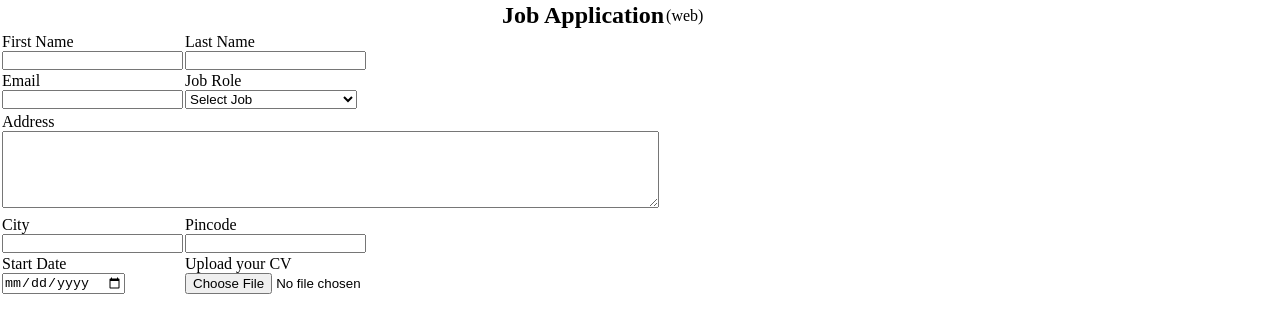
Repository: diensy/JOB-APPLICATION
Page: index.html
These files come from the project's save history. The page is drawn as it stood at one moment and after the next save; the edit follows.
The browser window is 1280 px wide. The pictures show the whole page.

Above is the page before, as saved 2024-02-27 01:02:38.

### index.html
<!DOCTYPE html>
<html lang="en">
  <head>
    <meta charset="UTF-8" />
    <meta name="viewport" content="width=device-width, initial-scale=1.0" />
    <title>Job Application Form</title>
    <link rel="stylesheet" href="Job_Application.css" />
  </head>
  <body>
    <form action="">
      <table>
        <tr>
          <td>
            <h2 class="head">Job Application</h2>
          </td>
          <td><p id="web">(web)</p></td>
        </tr>
      </table>
      <table>
        <tr>
          <td>
            <label for="firstname" id="first">First Name</label>
            <br />
            <input type="text" id="first" />
          </td>
          <td>
            <label for="Lastname" id="last">Last Name</label>
            <br />
            <input type="text" id="last" />
          </td>
        </tr>
        <tr>
          <td>
            <label for="Email" id="Email">Email</label>
            <br />
            <input type="text" id="Email" />
          </td>
          <td>
            <label for="JobRole" id="Job">Job Role</label>
            <br />
            <select name="JobRole" id="Job">
              <option value="Select Job">Select Job</option>
              <option value="JAVA">JAVA DEVELOPER</option>
              <option value="WEB">WEB DEVELOPER</option>
              <option value="BACKEND">BACKEND DEVELOPER</option>
              <option value="MERN DEVELOPER">MERN DEVELOPER</option>
            </select>
          </td>
        </tr>
      </table>
      <table>
        <tr>
          <td>
            <label for="Address" id="address">Address</label>
            <br />
            <textarea name="Address" id="address" cols="80" rows="5"></textarea>
          </td>
        </tr>
      </table>
      <table>
        <tr>
          <td>
            <label for="city" id="city">City</label>
            <br />
            <input type="text" />
          </td>
          <td>
            <label for="pin" id="pin">Pincode</label>
            <br />
            <input type="text" id="pin" />
          </td>
        </tr>
        <tr>
          <td>
            <label for="date" id="date">Start Date</label>
            <br />
            <input type="date" id="date" />
          </td>
          <td>
            <label for="file" id="file">Upload your CV</label>
            <br />
            <input type="file" />
          </td>
        </tr>
      </table>
    </form>
  </body>
</html>

### Job_Application.css
* {
  margin: 0;
  padding: 0;
  box-sizing: border-box;
}

.head {
  margin-left: 500px;
}

#web {
  font-style: bold;
}

After the next save:
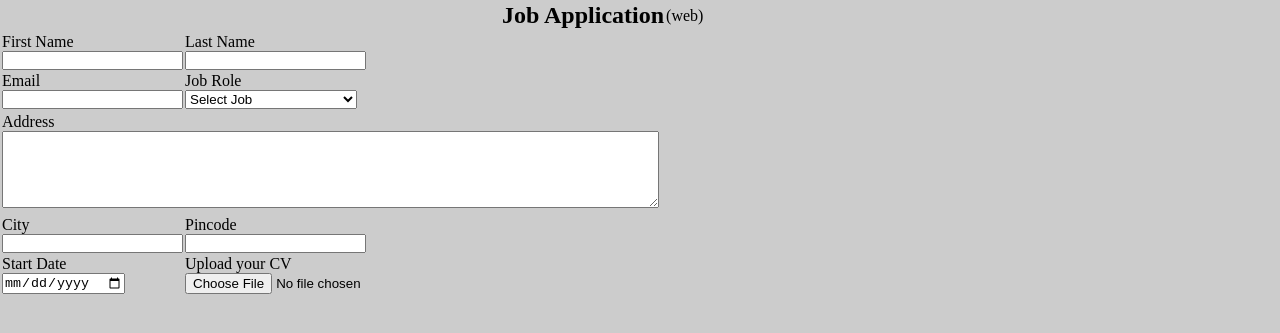
Saved 104 s later.
--- a/Job_Application.css
+++ b/Job_Application.css
@@ -2,6 +2,9 @@
   margin: 0;
   padding: 0;
   box-sizing: border-box;
+}
+body {
+  background-color: #ccc;
 }
 
 .head {
